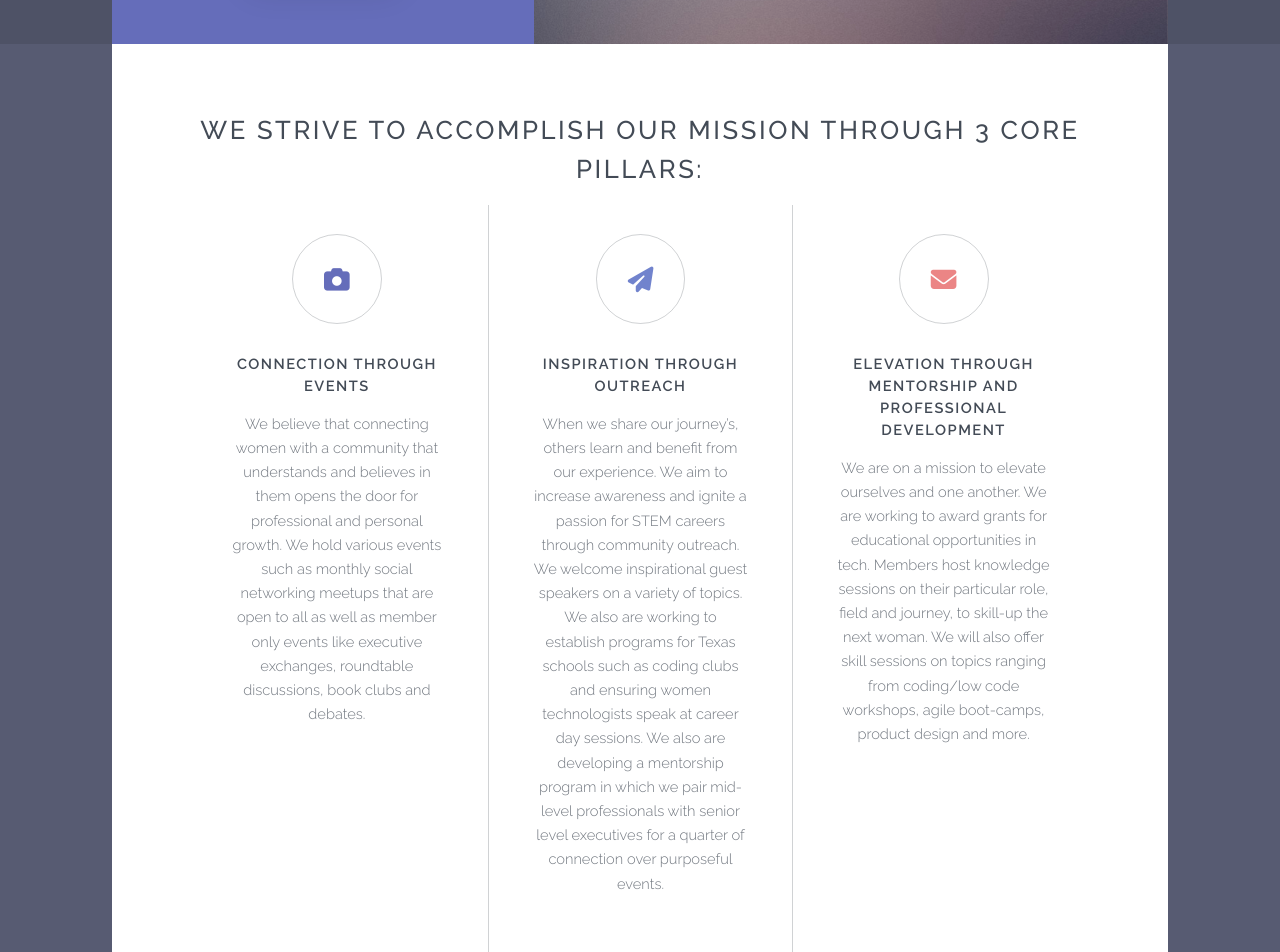
Repository: Roshanell/Houston-women-in-tech
Page: index.html
The author's editor kept a copy of each file at every save. The page is drawn from the files as they stood at one save, then again after a run of saves.
The browser window is 1280 px wide. The pictures show the part of the page from y = 465 to 1417 px (the page is 3534 px tall).
Pictures or frames that could not be fetched are drawn as grey boxes. Some web libraries are served in a nearby version.

Above is the page before, as saved 2022-12-11 20:39:44.

### index.html
<!DOCTYPE HTML>

<html>

	<head>
		<title>Texas Women In Tech</title>
		<meta charset="utf-8" />
		<meta name="viewport" content="width=device-width, initial-scale=1, user-scalable=no" />
		<link rel="stylesheet" href="assets/css/main.css" />
		<script src="https://kit.fontawesome.com/48e7997292.js" crossorigin="anonymous"></script>
	</head>

	<body class="is-preload">

		<!-- Page Wrapper -->
		<div id="page-wrapper">

			<!-- Wrapper -->
			<div class="wrapper">
				<div class="inner">

					<!-- Header -->
					<header id="header">
						<a href="index.html" class="logo">Altitude <span>by Pixelarity</span></a>
						<nav>
							<ul>
								<li><a href="#menu">Menu</a></li>
							</ul>
						</nav>
					</header>

					<!-- Nav -->
					<nav id="menu">
						<ul class="links">
							<li><a href="index.html">Home</a></li>
							<li><a href="generic.html">Generic</a></li>
							<li><a href="elements.html">Elements</a></li>
						</ul>
						<ul class="actions stacked">
							<li><a href="#" class="button primary fit">Sign Up</a></li>
							<li><a href="#" class="button fit">Log In</a></li>
						</ul>
					</nav>

					<!-- Banner -->
					<section id="banner">
						<div class="items">
							<section class="accent2">
								<h1>Our Mission</h1>
								<p>Texas Women in Tech is on a mission to empower women and contribute to sustainability in Texas, by
									investing in the skills of women in technology.
									<br>
									We are a volunteer run organization of Texas women in technology that desire meaningful connections
									with other women in tech, that are seeking to inspire and be inspired, and who are interested in
									elevating ourselves and each other.
								</p>
								<ul class="actions special">
									<li><a href="#" class="button primary">Join Our Cause</a></li>
								</ul>
							</section>
							<!-- <section class="accent3">
								<h1>Amet magna</h1>
								<p>Fusce lancinia ipsum feugiat dolor sed matis tempus sed nullam</p>
								<ul class="actions special">
									<li><a href="#" class="button primary">More</a></li>
								</ul>
							</section> -->
						</div>
						<div class="slider">
							<article>
								<img src="https://i.imgur.com/zqyubR5.png" alt="" data-position="bottom right" />
							</article>
							<article>
								<img src="images/pic02.jpg" alt="" data-position="bottom right" />
							</article>
							<article>
								<img src="images/pic03.jpg" alt="" data-position="top left" />
							</article>
						</div>
					</section>

				</div>
			</div>

			<!-- Wrapper -->
			<div class="wrapper">
				<div class="inner">

					<!-- Section -->
					<section class="main">
						<header class="major">
							<h2>We strive to accomplish our mission through 3 core pillars:</h2>
						</header>
						<div class="features">
							<section>
								<span class="icon solid fa-camera major accent2"></span>
								<h3>Connection through events</h3>
								<p>We believe that connecting women with a community that understands and believes in them opens the
									door for professional and personal growth. We hold various events such as monthly social networking
									meetups that are open to all as well as member only events like executive exchanges, roundtable
									discussions, book clubs and debates.</p>
							</section>
							<section>
								<span class="icon solid fa-paper-plane major accent3"></span>
								<h3>Inspiration through Outreach</h3>
								<p>When we share our journey’s, others learn and benefit from our experience. We aim to increase
									awareness and ignite a passion for STEM careers through community outreach. We welcome inspirational
									guest speakers on a variety of topics. We also are working to establish programs for Texas schools
									such as coding clubs and ensuring women technologists speak at career day sessions. We also are
									developing a mentorship program in which we pair mid-level professionals with senior level executives
									for a quarter of connection over purposeful events.</p>
							</section>
							<section>
								<span class="icon solid fa-envelope major accent4"></span>
								<h3>Elevation through Mentorship and Professional Development </h3>
								<p>We are on a mission to elevate ourselves and one another. We are working to award grants for
									educational opportunities in tech. Members host knowledge sessions on their particular role, field and
									journey, to skill-up the next woman. We will also offer skill sessions on topics ranging from
									coding/low code workshops, agile boot-camps, product design and more.

								</p>
							</section>
						</div>
					</section>

					<!-- Section -->
					<!-- <section class="carousel accent4">
						<article>
							<div class="image"><img src="images/pic04.jpg" alt="" data-position="center" /></div>
							<div class="content">
								<h3>Magna tempus</h3>
								<p>Adipiscing ullamcorper semper ut amet ac risus. Lorem sapien ut odio odio nunc. Ac adipiscing nibh
									porttitor erat risus justo adipiscing adipiscing amet placerat.</p>
							</div>
						</article>
						<article>
							<div class="image"><img src="images/pic05.jpg" alt="" data-position="center" /></div>
							<div class="content">
								<h3>Consequat ipsum</h3>
								<p>Sapien a lorem in integer ornare praesent commodo adipiscing arcu in massa commodo lorem accumsan at
									odio massa ac ac. Semper adipiscing varius accumsan.</p>
							</div>
						</article>
						<article>
							<div class="image"><img src="images/pic06.jpg" alt="" data-position="center" /></div>
							<div class="content">
								<h3>Magna tempus</h3>
								<p>Volutpat eu sed ante lacinia sapien lorem accumsan varius montes viverra nibh in adipiscing blandit
									tempus accumsan lorem ipsum dolor sit amet nullam aliquam.</p>
							</div>
						</article>
						<nav>
							<a href="#" class="previous"><span class="label">Previous</span></a>
							<a href="#" class="next"><span class="label">Next</span></a>
						</nav>
					</section> -->

					<!-- Section -->
					<section class="main">
						<header class="major">
							<h2>Get Involved</h2>
							<!-- <p>Lorem ipsum dolor sit amet</p> -->
						</header>
						<div class="spotlights">
							<article>
								<div class="image"><img src="images/pic07.jpg" alt="" data-position="center" /></div>
								<div class="content">
									<h3>Membership</h3>
									<p>Join a community of Texas women in tech that get it. Members get exclusive access to member only
										events, newsletters, job postings and more.</p>
									<ul class="actions special">
										<li><a href="#" class="button primary">More</a></li>
									</ul>
								</div>
							</article>
							<article>
								<div class="image"><img src="images/pic08.jpg" alt="" data-position="center" /></div>
								<div class="content">
									<h3>Sponsorship</h3>
									<p>Corporate sponsorships are what supports our mission efforts to provide scholarship
										opportunities, professional development and events. </p>
									<ul class="actions special">
										<li><a href="#" class="button primary">More</a></li>
									</ul>
								</div>
							</article>
							<article>
								<div class="image"><img src="images/pic08.jpg" alt="" data-position="center" /></div>
								<div class="content">
									<h3>Volunteer</h3>
									<p>Our members are often looking for ways to give back to the community. We have a number of
										volunteer opportunities available. If you can commit as little as 1 hour per quarter- we need your
										help! Please consider volunteering to help us further our mission. </p>
									<ul class="actions special">
										<li><a href="#" class="button primary">More</a></li>
									</ul>
								</div>
							</article>
						</div>
					</section>

				</div>
			</div>

			<!-- Wrapper -->
			<div class="wrapper">
				<div class="inner">

					<!-- Section -->
					<section class="main accent2">
						<header class="major">
							<h2>Get notified</h2>
							<p>Lorem ipsum dolor sit amet nullam feugiat tempus</p>
						</header>
						<form method="post" action="#" class="combined">
							<input type="email" name="email" id="email" placeholder="Email address" class="invert" />
							<input type="submit" class="primary" value="Sign Up" />
						</form>
					</section>

					<!-- Footer -->
					<footer id="footer">
						<section class="links">
							<div>
								<h3>Magna</h3>
								<ul class="plain">
									<li><a href="#">Aliquam tempus</a></li>
									<li><a href="#">Ultrecies nul</a></li>
									<li><a href="#">Gravida ultricies</a></li>
									<li><a href="#">Commodo etiam</a></li>
								</ul>
							</div>
							<div>
								<h3>Feugiat</h3>
								<ul class="plain">
									<li><a href="#">Morbi sem lorem</a></li>
									<li><a href="#">Praes sed dapi</a></li>
									<li><a href="#">Sed adipis nullam</a></li>
									<li><a href="#">Fus dolor lacinia</a></li>
								</ul>
							</div>
							<div>
								<h3>Tempus</h3>
								<ul class="plain">
									<li><a href="#">Donecnec etiam</a></li>
									<li><a href="#">Aapibus sedun</a></li>
									<li><a href="#">Namnulla tempus</a></li>
									<li><a href="#">Morbi set amet</a></li>
								</ul>
							</div>
							<div>
								<h3>Aliquam</h3>
								<ul class="plain">
									<li><a href="#">Lorem prasent dia</a></li>
									<li><a href="#">Nellentes ipsum</a></li>
									<li><a href="#">Diamsed arcu dolor</a></li>
									<li><a href="#">Sit amet cursus</a></li>
								</ul>
							</div>
						</section>
						<ul class="contact-icons">
							<li class="icon solid fa-home">1234 Fictional Street #5432 Nashville, TN 00000-0000</li>
							<li class="icon solid fa-phone"><a href="#">(000) 000-0000</a></li>
							<li class="icon solid fa-envelope"><a href="#">info@untitled.tld</a></li>
						</ul>
						<p class="copyright">&copy; Untitled. All rights reserved.</p>
					</footer>

				</div>
			</div>

		</div>

		<!-- Scripts -->
		<script src="assets/js/jquery.min.js"></script>
		<script src="assets/js/browser.min.js"></script>
		<script src="assets/js/breakpoints.min.js"></script>
		<script src="assets/js/util.js"></script>
		<script src="assets/js/main.js"></script>

	</body>

</html>

Loaded but not shown: assets/css/fontawesome-all.min.css (library); assets/js/jquery.min.js (library); assets/js/browser.min.js (common file); assets/js/breakpoints.min.js (common file); assets/js/util.js (587 lines, source omitted); assets/js/main.js (337 lines, source omitted); assets/css/main.css (5511 lines, source omitted)

After the next 2 saves:
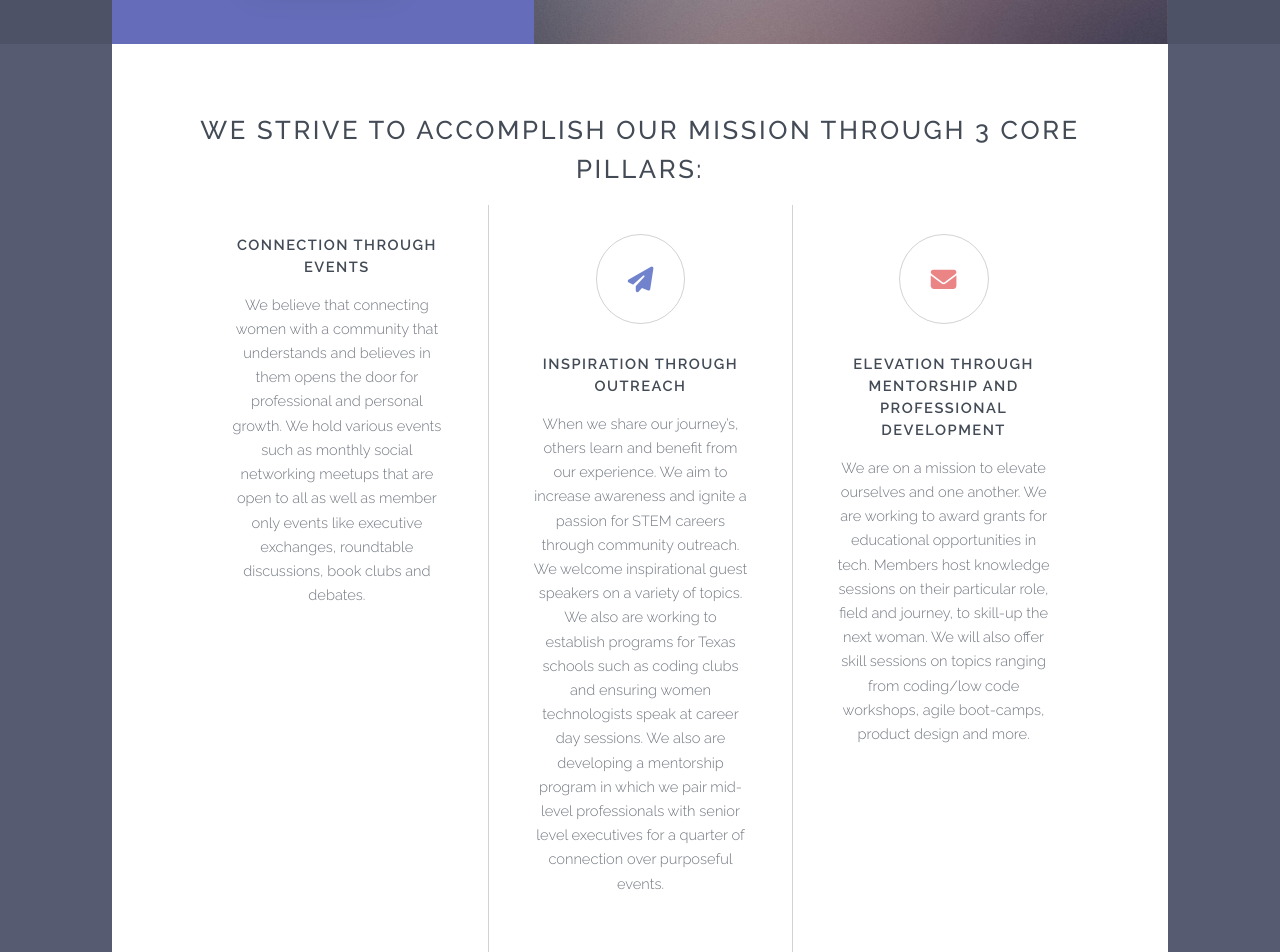
The 2 saves are shown as one change because they came seconds apart.
The last was saved 24 s later.
--- a/index.html
+++ b/index.html
@@ -93,7 +93,7 @@
 						</header>
 						<div class="features">
 							<section>
-								<span class="icon solid fa-camera major accent2"></span>
+								<span class="<i class="fa-solid fmajor accent2"></span>
 								<h3>Connection through events</h3>
 								<p>We believe that connecting women with a community that understands and believes in them opens the
 									door for professional and personal growth. We hold various events such as monthly social networking
